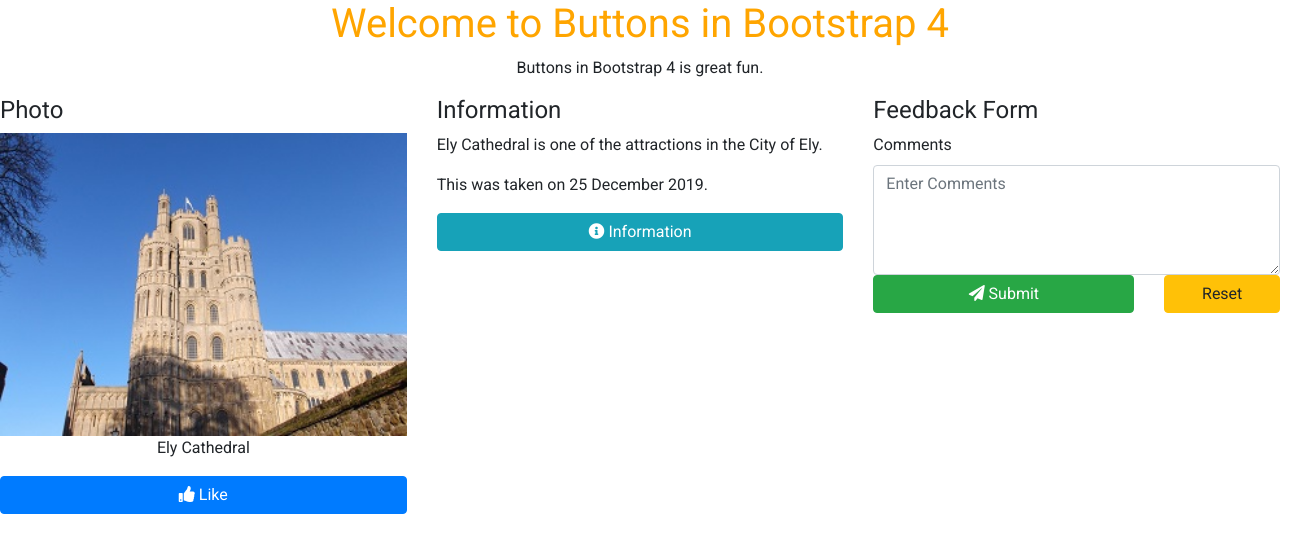
Repository: derektypist/buttons-in-bootstrap-4
Page: index.html
The author's editor kept a record of every edit. The page is drawn from the files as they stood at one moment, then again after the next edit.
The browser window is 1280 px wide. The page is 1295 px wide, so the pictures cover 1295 px, including what lies to the right of the window. The pictures show the whole page.
Some web libraries are served in a nearby version.

Above is the page before.

After the next edit:
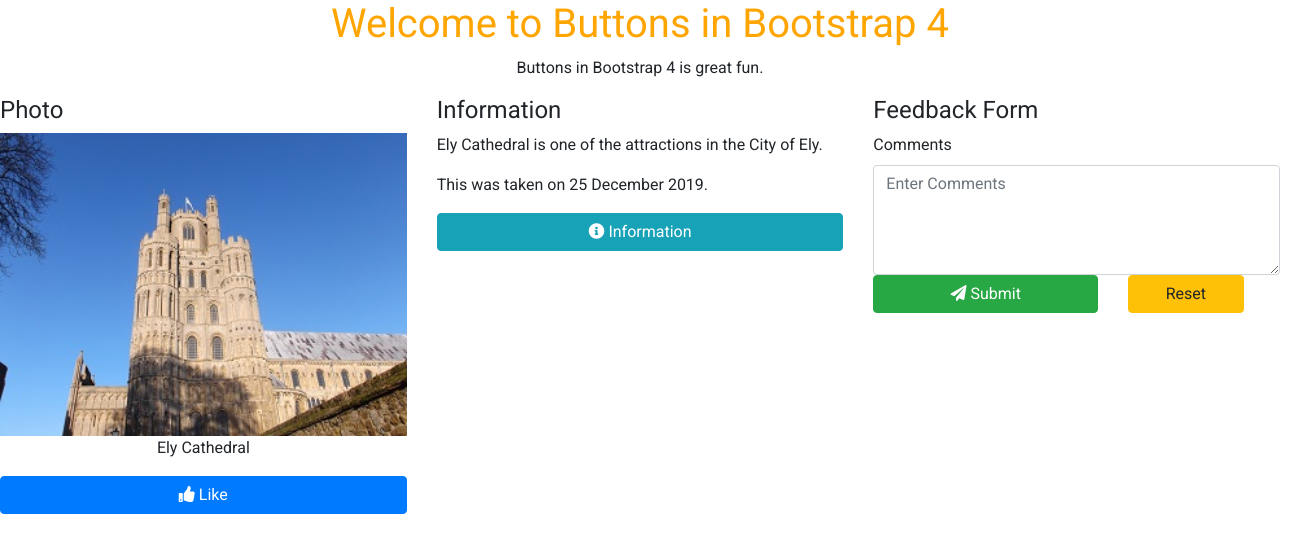
The edit:
--- a/index.html
+++ b/index.html
@@ -56,7 +56,7 @@
                     <!-- Set up Row -->
                     <article class="row">
                         <!-- Set up column for Submit Button -->
-                        <article class="col-sm-8 col-xs-8">
+                        <article class="col-sm-7 col-xs-8">
                             <button type="submit" value="Submit" class="btn btn-success btn-block" onclick="acknowledge()"><i class="fa fa-paper-plane"></i> Submit</button>
                         </article>
                         <!-- Set up column for Reset Button -->
